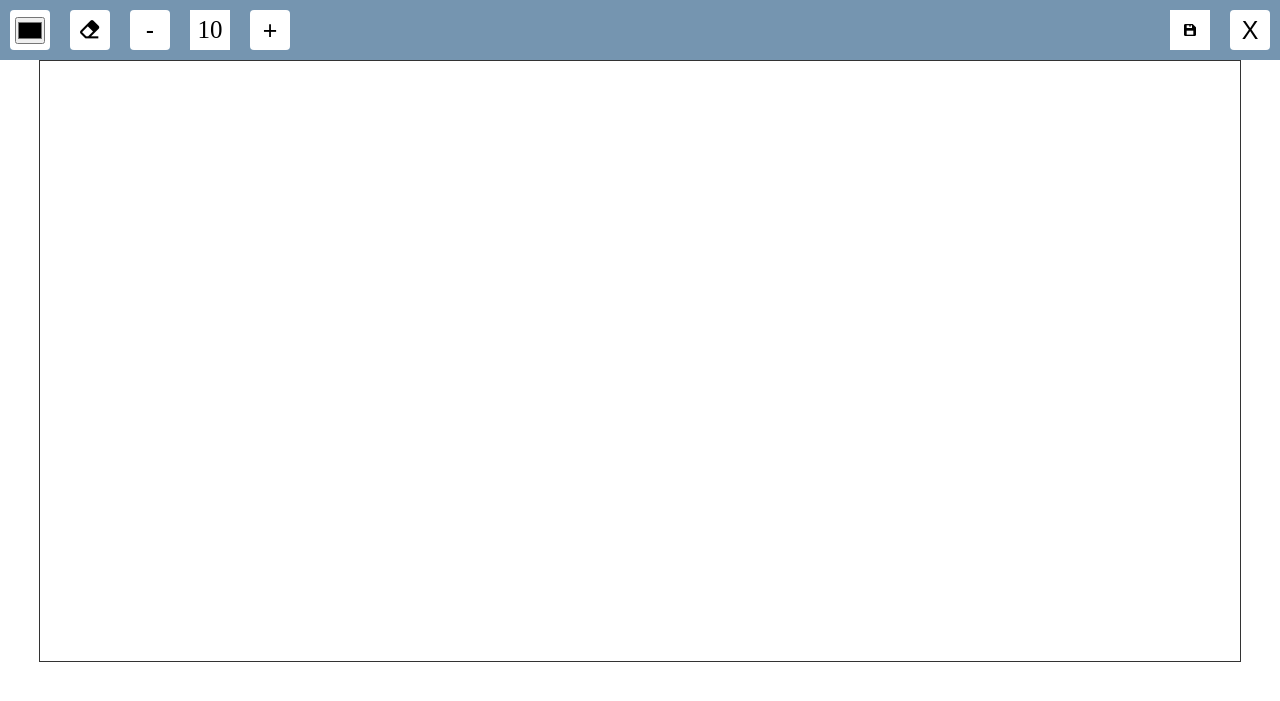
Repository: reminzuetto/DrawingApp
Page: index.html
An editor plug-in stored every save of this project. The page is shown before and after the next save, followed by the edit.
The browser window is 1280 px wide. The pictures show the whole page.

Above is the page before, as saved 2024-06-10 20:23:07.

### index.html
<!DOCTYPE html>
<html lang="en">
  <head>
    <meta charset="UTF-8" />
    <meta http-equiv="X-UA-Compatible" content="IE=edge" />
    <meta name="viewport" content="width=device-width, initial-scale=1.0" />
    <title>Drawing App</title>
    <link
      href="https://unpkg.com/boxicons@2.0.9/css/boxicons.min.css"
      rel="stylesheet"
    />
    <link rel="stylesheet" href="style.css" />
  </head>
  <body>
    <div class="container">
      <div class="tools">
        <button>
          <input type="color" id="color" />
        </button>
        <button id="eraser">
          <i class="bx bxs-eraser"></i>
        </button>
        <button id="decrease">-</button>
        <span id="size">10</span>
        <button id="increase">+</button>
        <a download="example.png" id="save">
          <i class="bx bxs-save"></i>
        </a>
        <button id="clear">X</button>
      </div>
      <canvas id="canvas" width="1200" height="600"></canvas>
    </div>

    <script src="main.js"></script>
  </body>
</html>

### style.css
* {
  box-sizing: border-box;
  padding: 0;
  margin: 0;
}

body {
  background-color: #fff;
}

canvas {
  display: block;
  margin: 0 auto;
  border: 1px solid #333;
}

button {
  border-radius: 4px;
  color: ;
}

.tools {
  background-color: rgb(117, 149, 176);
  display: flex;
  align-items: center;
}

.tools > * {
  background-color: #fff;
  border: none;
  font-size: 25px;
  height: 40px;
  width: 40px;
  padding: 5px;
  margin: 10px;
  display: flex;
  align-items: center;
  justify-content: center;
  cursor: pointer;
}

#save {
  font-size: 16px;
  margin-left: auto;
  text-decoration: none;
}

### main.js
const canvas = document.getElementById("canvas");
const colorEl = document.getElementById("color");
const eraserEl = document.getElementById("eraser");
const decreaseBtn = document.getElementById("decrease");
const increaseBtn = document.getElementById("increase");
const sizeEL = document.getElementById("size");
const saveEl = document.getElementById("save");
const clearEl = document.getElementById("clear");

const context = canvas.getContext("2d");

let size = 10;
let isPressed = false;
colorEl.value = "black";
let color = colorEl.value;
let x, y;

canvas.addEventListener("mousedown", (e) => {
  isPressed = true;

  x = e.offsetX;
  y = e.offsetY;
});

document.addEventListener("mouseup", (e) => {
  isPressed = false;

  x = undefined;
  y = undefined;
});

canvas.addEventListener("mousemove", (e) => {
  if (isPressed) {
    const x2 = e.offsetX;
    const y2 = e.offsetY;

    drawCircle(x2, y2);
    drawLine(x, y, x2, y2);

    x = x2;
    y = y2;
  }
});

function drawCircle(x, y) {
  context.beginPath();
  context.arc(x, y, size, 0, Math.PI * 2);
  context.fillStyle = color;
  context.fill();
}

function drawLine(x1, y1, x2, y2) {
  context.beginPath();
  context.moveTo(x1, y1);
  context.lineTo(x2, y2);
  context.strokeStyle = color;
  context.lineWidth = size * 2;
  context.stroke();
}

function updateSizeOnScreen() {
  sizeEL.innerText = size;
}

increaseBtn.addEventListener("click", () => {
  size += 5;

  if (size > 50) {
    size = 50;
  }

  updateSizeOnScreen();
});

decreaseBtn.addEventListener("click", () => {
  size -= 5;

  if (size < 5) {
    size = 5;
  }

  updateSizeOnScreen();
});

colorEl.addEventListener("change", (e) => (color = e.target.value));

clearEl.addEventListener("click", () =>
  context.clearRect(0, 0, canvas.width, canvas.height)
);

eraserEl.addEventListener("click", () => {
  color = "#fff";
});

saveEl.addEventListener("click", (e) => {
  const imageURI = canvas.toDataURL("image/png");
  e.currentTarget.href = imageURI;
});

After the next save:
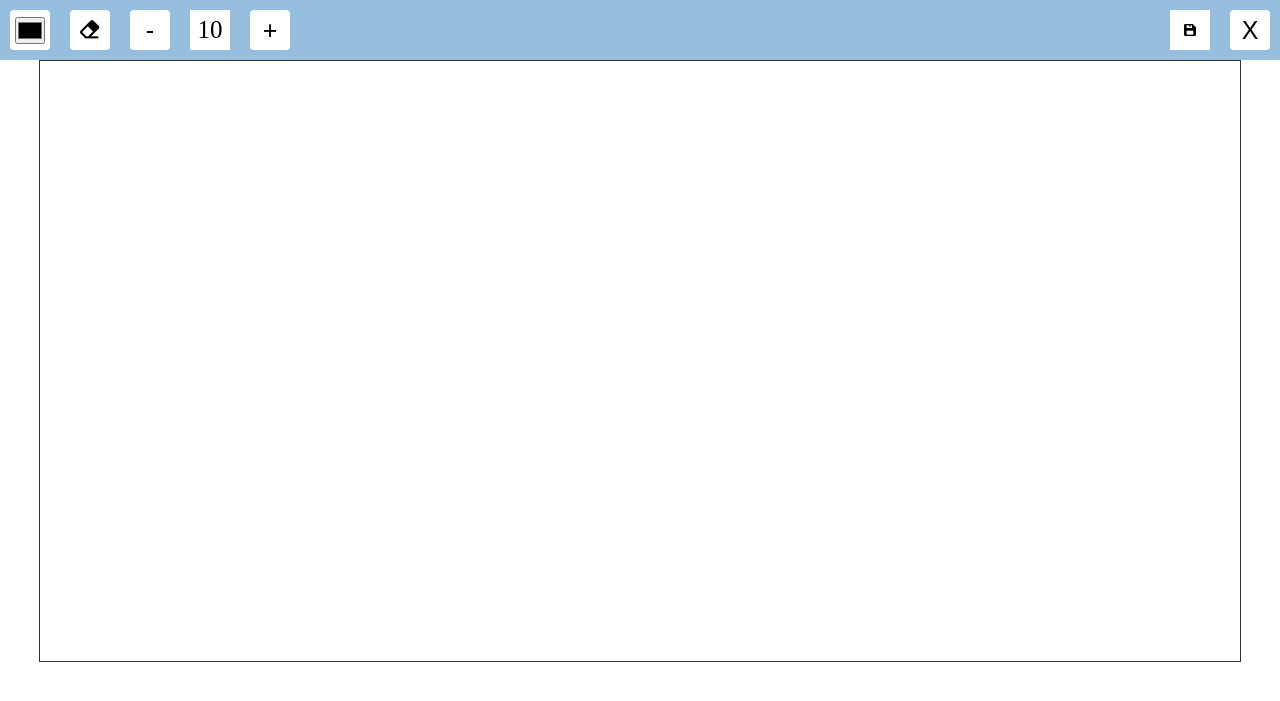
Saved 16 s later.
--- a/style.css
+++ b/style.css
@@ -20,7 +20,7 @@ button {
 }
 
 .tools {
-  background-color: rgb(117, 149, 176);
+  background-color: rgb(124, 175, 216, 0.8);
   display: flex;
   align-items: center;
 }
